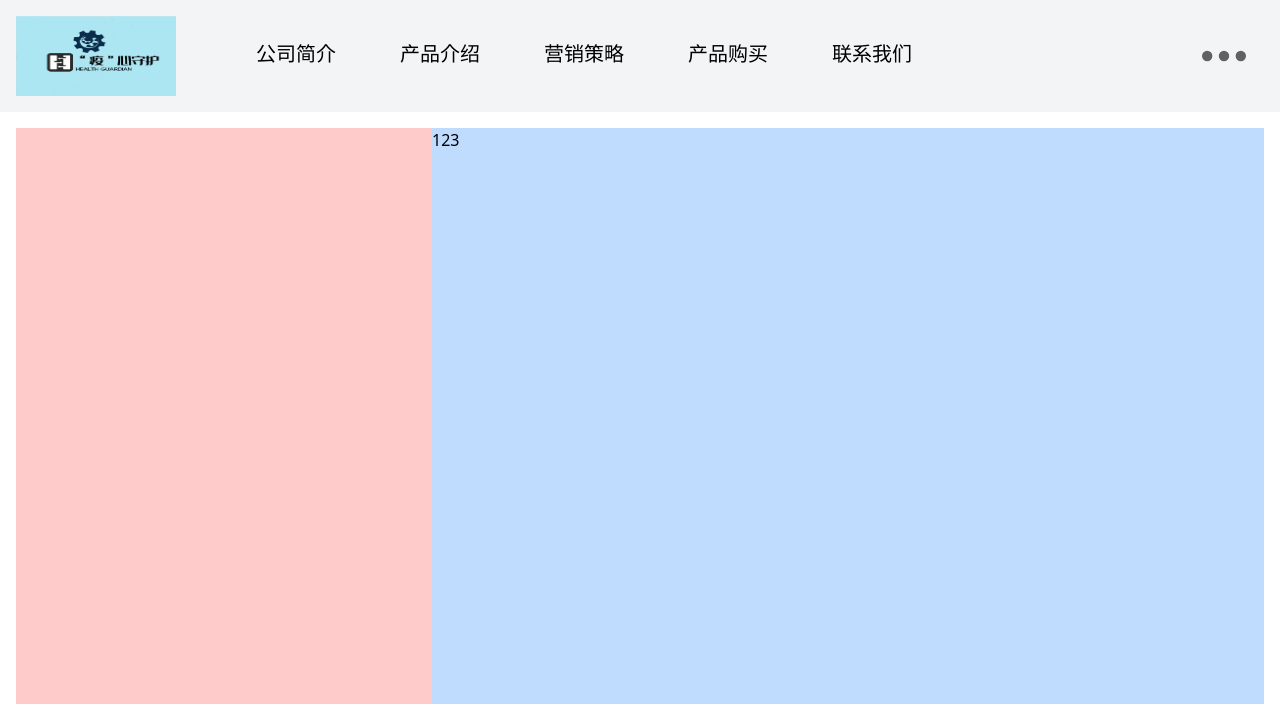
Repository: LiuRuohui/company_introduction
Page: /#/introduction
The author's editor kept a copy of each file at every save. The page is drawn from the files as they stood at one save, then again after the next save.
The browser window is 1280 px wide. The pictures show the whole page.
The project was rebuilt for these pictures with package versions that can differ from the ones it lists, and the page was loaded fresh each time. Also part of the build but not shown: vite.config.js, src/components/product.vue, src/components/purchase.vue, src/components/strategy.vue, src/components/contact.vue, src/components/public.vue.

Above is the page before, as saved 2022-05-09 23:26:48.

### index.html
<!DOCTYPE html>
<html lang="en">
  <head>
    <meta charset="UTF-8" />
    <link rel="icon" href="/favicon.ico" />
    <meta name="viewport" content="width=device-width, initial-scale=1.0" />
    <title>COMPANY_INTRODUCTION</title>
  </head>
  <body>
    <div id="app"></div>
    <script type="module" src="/src/main.js"></script>
  </body>
</html>

### src/main.js
import { createApp } from 'vue'
import "./index.css";
//引入路由器
import router from '../src/router/route.js'

import App from './App.vue'

const app = createApp(App);
app.use(router);
app.mount('#app');

### src/index.css
/* ./src/index.css */

@tailwind base;
@tailwind components;
.inputFrame {
  @apply w-full content-center text-base px-4 py-2 border-b rounded-2xl border-gray-300;
}

.inputFrame:focus {
  @apply outline-none border-indigo-500;
}

.btn {
  @apply w-full flex justify-center bg-gradient-to-r from-indigo-500 to-blue-600 text-gray-100 p-4 rounded-full tracking-wide font-semibold shadow-lg cursor-pointer transition ease-in duration-500;
}

.btn:hover {
  @apply bg-gradient-to-l from-blue-500 to-indigo-600;
}

.label {
  @apply ml-3 text-sm font-bold text-gray-700 tracking-wide;
}

@tailwind utilities;

### src/router/route.js
import { createRouter, createWebHashHistory } from "vue-router";
//引入组件
import Introduction from "../components/introduction.vue"
import Product from "../components/product.vue"
import Purchase from "../components/purchase.vue"
import Strategy from "../components/strategy.vue"
import Contact from "../components/contact.vue"

const route = [
    {
        path:'/introduction',
        component:Introduction
    },
    {
        path:'/product',
        component:Product
    },
    {
        path:'/strategy',
        component:Strategy
    },
    {
        path:'/purchase',
        component:Purchase
    },
    {
        path:'/contact',
        component:Contact
    },
]

// 创建路由对象
const router = createRouter({
    history: createWebHashHistory(),
    routes: route
  });


export default router

### src/App.vue
<script setup>
import Public from './components/public.vue';
import MainPage from './components/mainPage.vue';
// This starter template is using Vue 3 <script setup> SFCs
// Check out https://vuejs.org/api/sfc-script-setup.html#script-setup

</script>

<template>
<MainPage></MainPage>
</template>

<style>

</style>

### src/components/introduction.vue
<script setup>

</script>

<template>
<div class="w-full m-4 flex flex-row bg-red-200 ">
    <div class="flex h-full w-1/3 bg-black-200">

    </div>
    <div class="flex flex-grow bg-blue-200">
123
    </div>
</div>
</template>

### src/components/mainPage.vue
<script setup></script>

<template>
    <div class="max-h-full min-h-screen w-full flex flex-col bg-white">
        <div class="w-full h-28 flex flex-row bg-gray-100">
            <div class="h-full">
                <img
                    src="/src/assets/logo.png"
                    alt="公司图标"
                    class="h-20 m-4 w-40"
                />
            </div>
            <div class="flex font-sans text-xl ml-8">
                <router-link
                    active-class="active"
                    to="/introduction"
                    class="px-8 pt-10 hover:cursor-pointer hover:bg-blue-300"
                    >公司简介</router-link
                >
                <router-link
                    active-class="active"
                    to="/product"
                    class="px-8 pt-10 hover:cursor-pointer hover:bg-blue-300"
                    >产品介绍</router-link
                >
                <router-link
                    active-class="active"
                    to="/strategy"
                    class="px-8 pt-10 hover:cursor-pointer hover:bg-blue-300"
                    >营销策略</router-link
                >
                <router-link
                    active-class="active"
                    to="/purchase"
                    class="px-8 pt-10 hover:cursor-pointer hover:bg-blue-300"
                    >产品购买</router-link
                >
                <router-link
                    active-class="active"
                    to="/contact"
                    class="px-8 pt-10 hover:cursor-pointer hover:bg-blue-300"
                    >联系我们</router-link
                >
            </div>
            <div class="flex flex-grow flex-row-reverse">
                <img
                    src="/src/assets/more.svg"
                    alt="更多"
                    class="w-16 h-16 opacity-60 mt-6 mr-6 hover:cursor-pointer"
                />
            </div>
        </div>
        <div class="w-full flex flex-grow">
            <router-view></router-view>
        </div>
    </div>
</template>

<style></style>

### tailwind.config.js
module.exports = {
  content: [
      "./index.html",
      "./src/**/*.{vue,js,ts,jsx,tsx}",
  ],
  theme: {
      extend: {},
  },
  plugins: [],
}

After the next save:
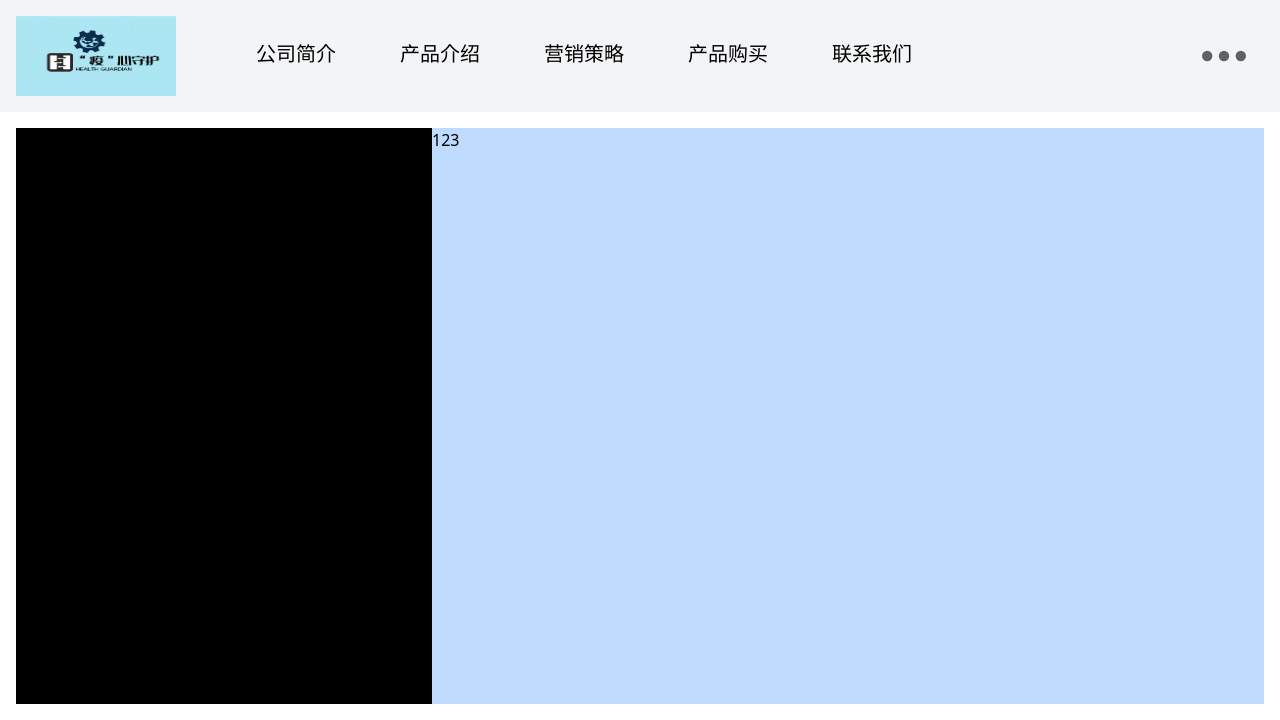
Saved 8 s later.
--- a/src/components/introduction.vue
+++ b/src/components/introduction.vue
@@ -4,7 +4,7 @@
 
 <template>
 <div class="w-full m-4 flex flex-row bg-red-200 ">
-    <div class="flex h-full w-1/3 bg-black-200">
+    <div class="flex h-full w-1/3 bg-black">
 
     </div>
     <div class="flex flex-grow bg-blue-200">

After the save that followed:
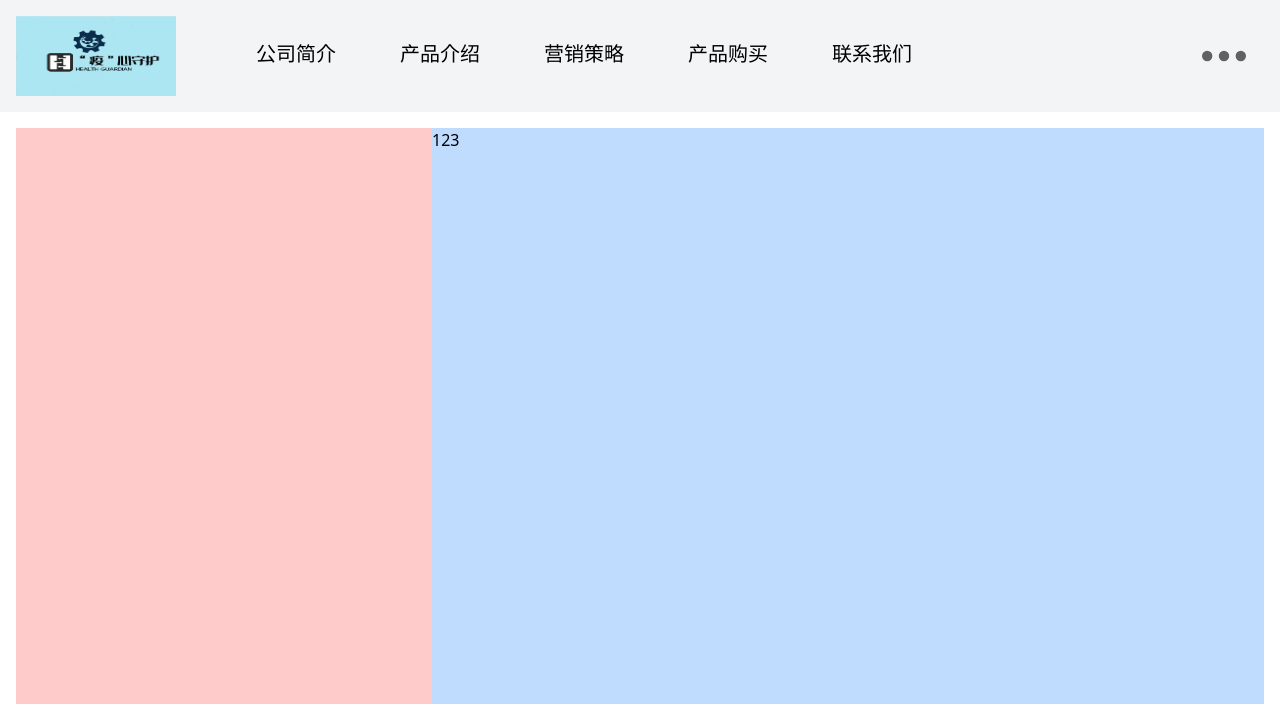
Saved 2 min 56 s later.
--- a/src/components/introduction.vue
+++ b/src/components/introduction.vue
@@ -4,8 +4,10 @@
 
 <template>
 <div class="w-full m-4 flex flex-row bg-red-200 ">
-    <div class="flex h-full w-1/3 bg-black">
+    <div class="flex h-full w-1/3">
+        <div class="m-4">
 
+        </div>
     </div>
     <div class="flex flex-grow bg-blue-200">
 123
